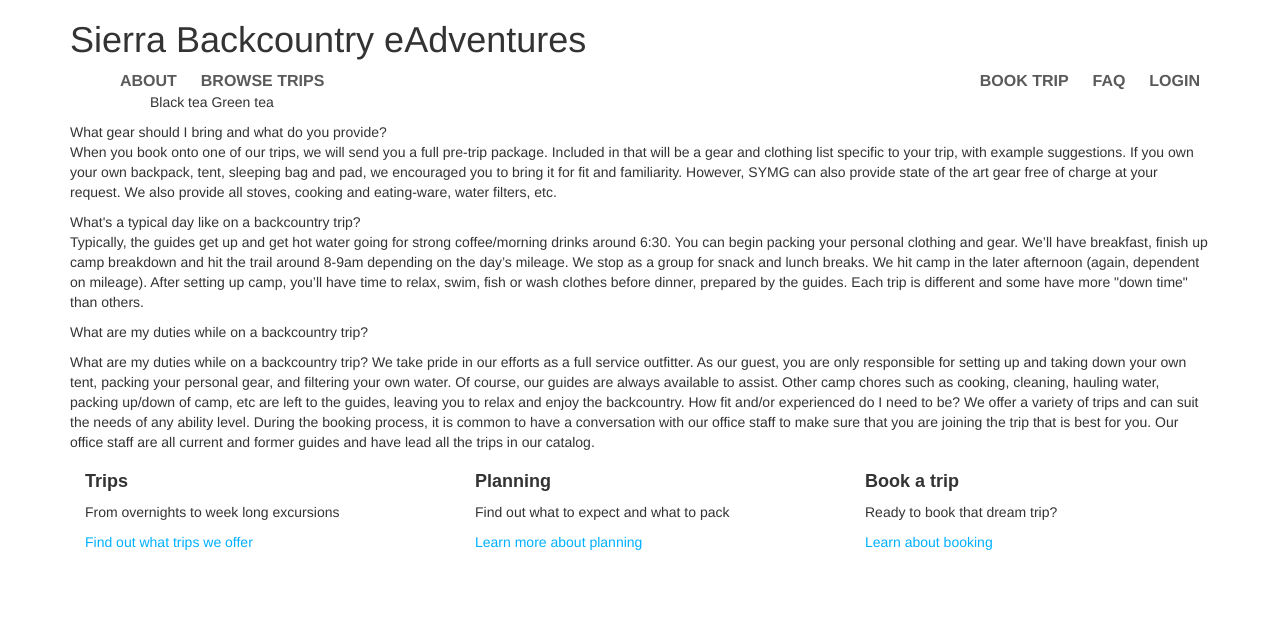
Repository: nageek17/eadventures
Page: http://localhost/support.php
The author's editor kept a record of every edit. The page is drawn from the files as they stood at one moment, then again after the next edit.
The browser window is 1280 px wide. The pictures show the whole page.
Some web libraries are served in a nearby version. The page is run by PHP 8.4 with error messages shown; the project is at /var/www/html/.

Above is the page before.
Console error (its wording comes from the project's code and is left out).

After the next edit:
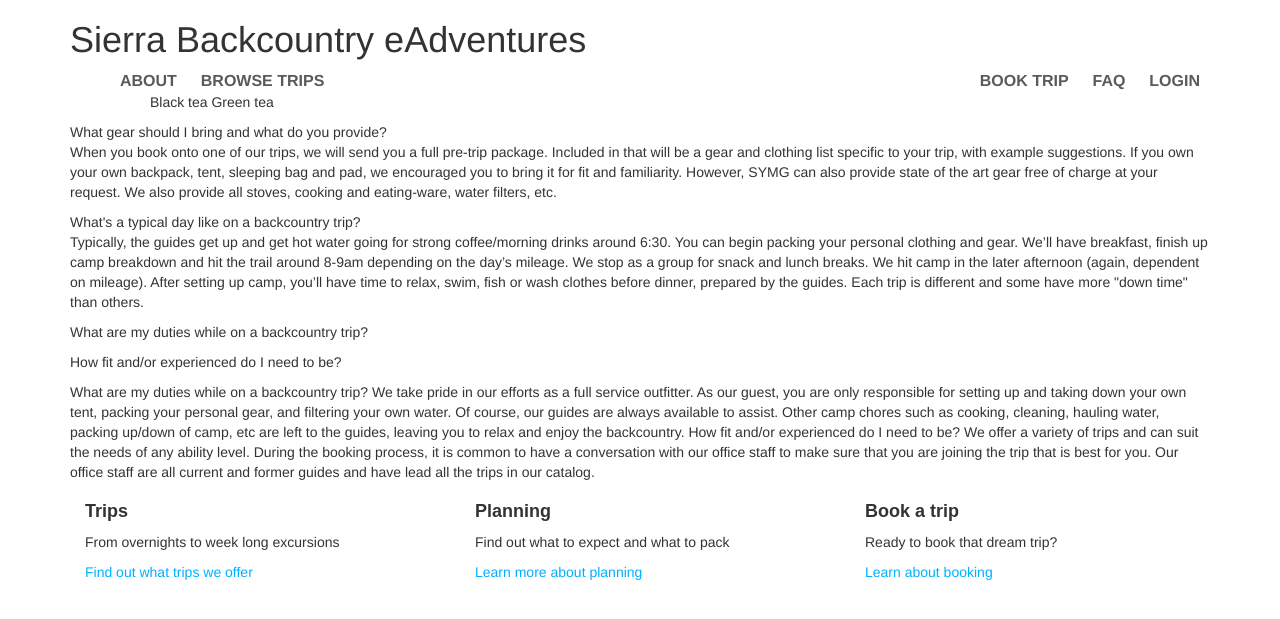
The edit:
--- a/support.php
+++ b/support.php
@@ -15,7 +15,8 @@
 <p>What are my duties while on a backcountry trip?
 </p>
 
-<p></p>
+<p>How fit and/or experienced do I need to be?
+</p>
 
 What are my duties while on a backcountry trip?
 We take pride in our efforts as a full service outfitter. As our guest, you are only responsible for setting up and taking down your own tent, packing your personal gear, and filtering your own water. Of course, our guides are always available to assist. Other camp chores such as cooking, cleaning, hauling water, packing up/down of camp, etc are left to the guides, leaving you to relax and enjoy the backcountry.
